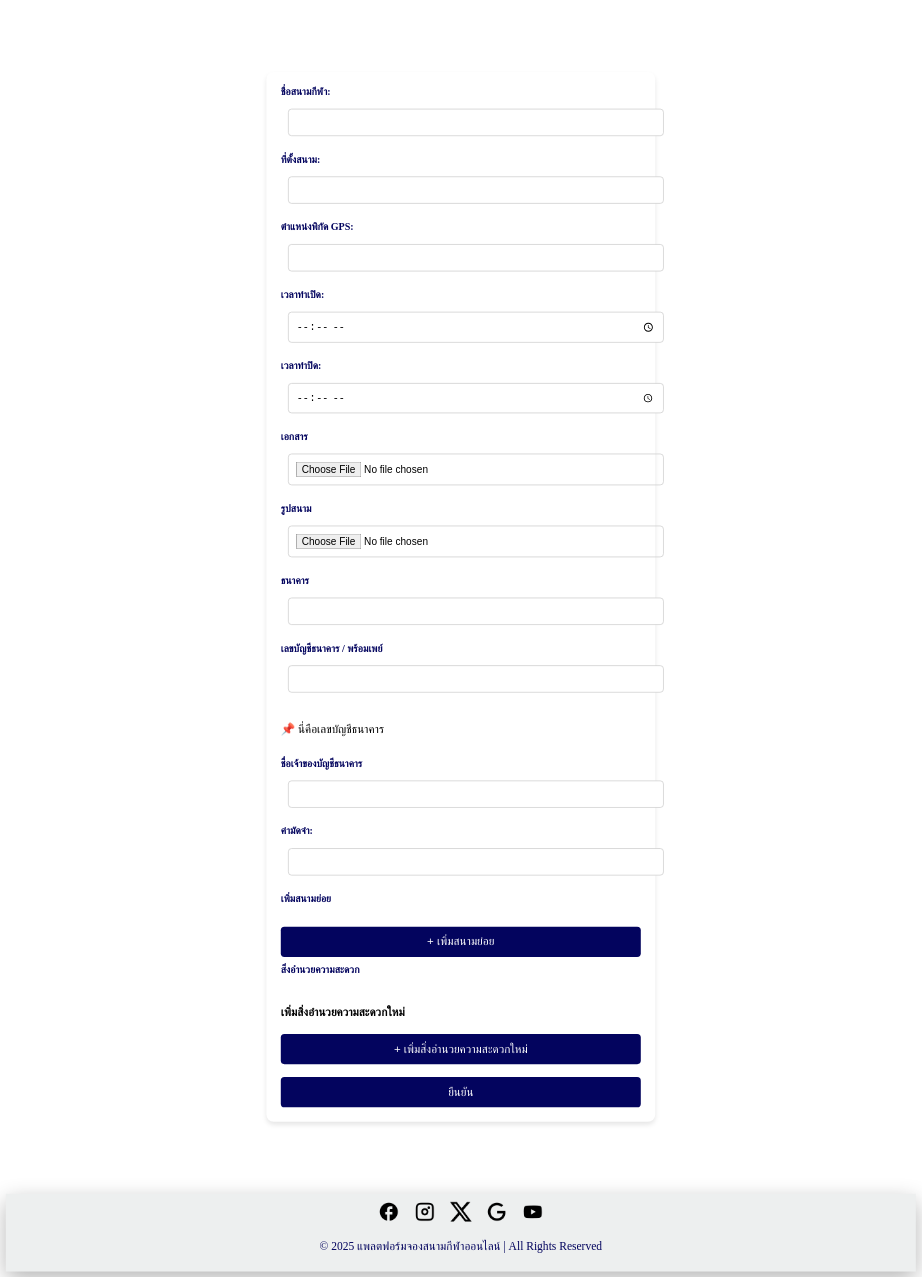
Repository: narawit101/project2
Page: /register-field (app in frontend/)
The author's editor kept a copy of each file at every save. The page is drawn from the files as they stood at one save, then again after the next save.
The browser window is 1280 px wide. The pictures show the whole page, at 72% of full size.
The page's requests for data from a server got no answer. The project was rebuilt for these pictures with package versions that can differ from the ones it lists, and the page was loaded fresh each time. The framework's server and built-in components were replaced by stand-ins that run in the browser. No one was signed in, and anything a server would have sent is missing. Also part of the build but not shown: frontend/next.config.js, frontend/next.config.mjs, frontend/src/app/globals.css.

Above is the page before, as saved 2025-03-18 23:40:00.

After the next save:
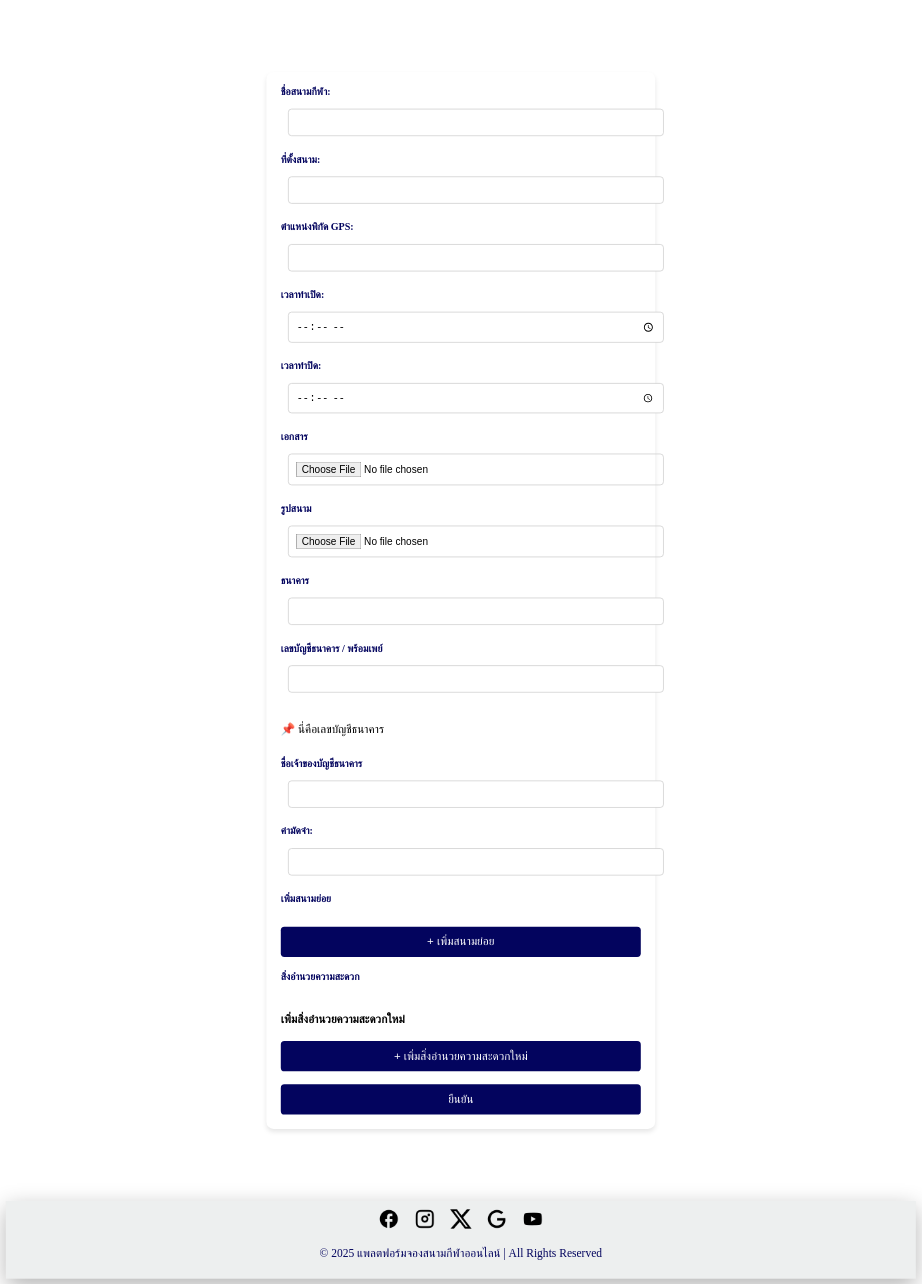
Saved 3 s later.
--- a/frontend/src/app/css/registerFieldForm.css
+++ b/frontend/src/app/css/registerFieldForm.css
@@ -54,7 +54,7 @@ input:focus {
     margin: 0px 0px 10px 0px;
 }
 .addsubfield{
-    margin: 10px 0px 10px 0px;
+    margin: 10px 0px 20px 0px;
 }
 button {
   background: var(--text-color);
